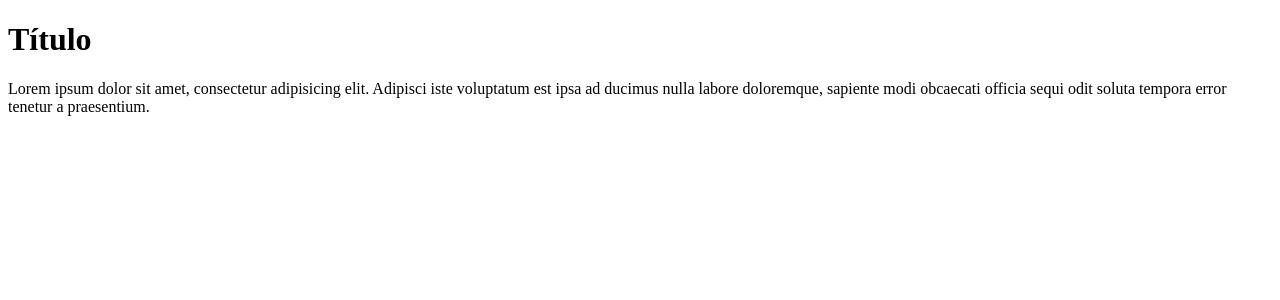
Repository: Iamjordana/html-css
Page: Html Css/Exercicios/ex018/index.html
These files come from the project's save history. The page is drawn as it stood at one moment and after a run of saves; the edit follows.
The browser window is 1280 px wide. The pictures show the whole page.

Above is the page before, as saved 2025-01-28 18:04:00.

### Html Css/Exercicios/ex018/index.html
<!DOCTYPE html>
<html lang="pt-br">
<head>
    <meta charset="UTF-8">
    <meta name="viewport" content="width=device-width, initial-scale=1.0">
    <title>Fontes com Google Fonts</title>
    <style>
        body{
            font
        }
    </style>
</head>
<body>
    <h1>Título</h1>
    <p>Lorem ipsum dolor sit amet, consectetur adipisicing elit. Adipisci iste voluptatum est ipsa ad ducimus nulla labore doloremque, sapiente modi obcaecati officia sequi odit soluta tempora error tenetur a praesentium.</p>
</body>
</html>

After the next 5 saves:
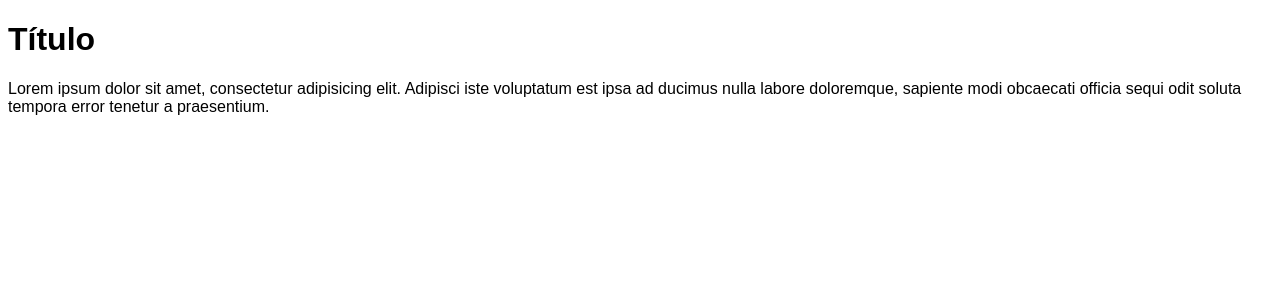
The 5 saves are shown as one change because they came seconds apart.
The last was saved 12 s later.
--- a/Html Css/Exercicios/ex018/index.html
+++ b/Html Css/Exercicios/ex018/index.html
@@ -6,7 +6,8 @@
     <title>Fontes com Google Fonts</title>
     <style>
         body{
-            font
+            font-family: Arial, Helvetica, sans-serif;
+            font-size: 1em;
         }
     </style>
 </head>
